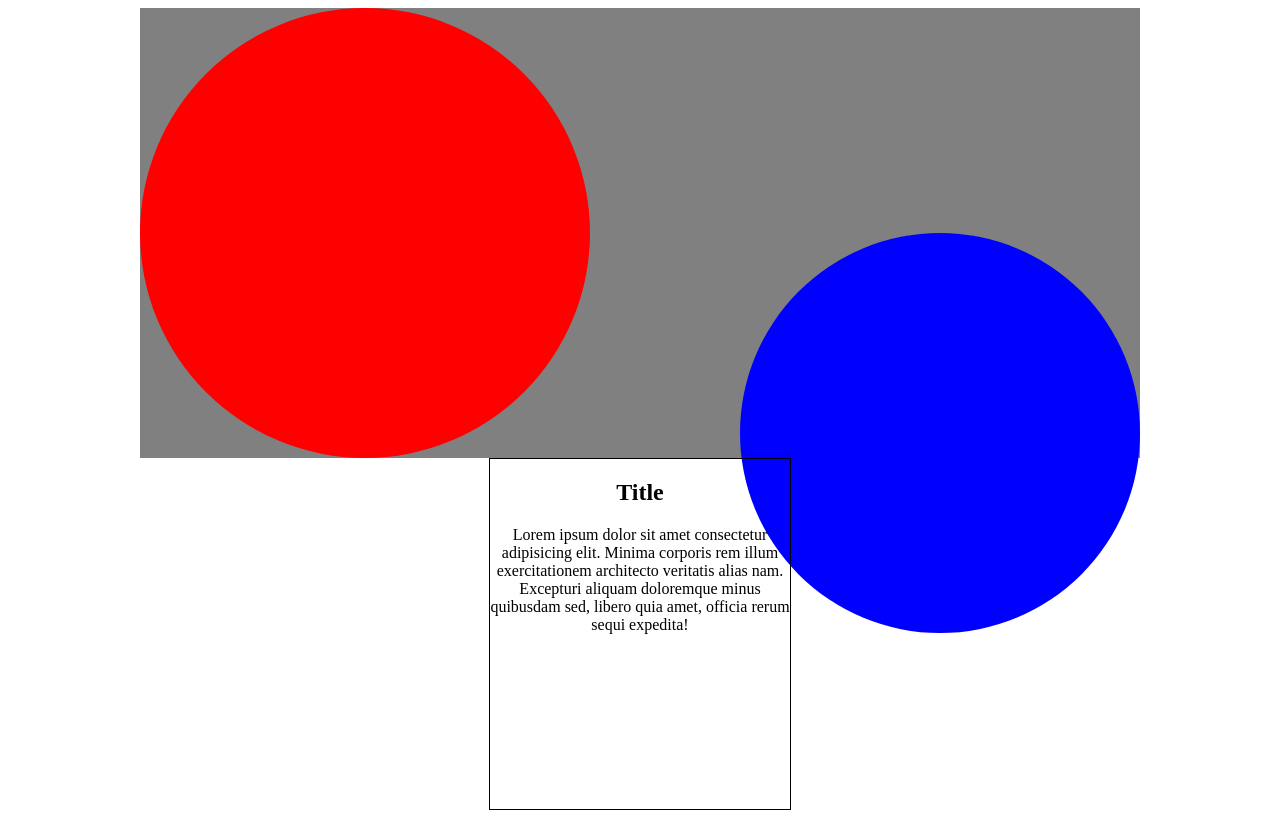
Repository: dovanluyen1996/Test-Git-PR
Page: index.html
The author's editor kept a copy of each file at every save. The page is drawn from the files as they stood at one save, then again after the next save.
The browser window is 1280 px wide. The pictures show the whole page.

Above is the page before, as saved 2021-09-06 23:24:02.

### index.html
<!DOCTYPE html>
<html lang="en">
  <head>
    <meta charset="UTF-8" />
    <meta http-equiv="X-UA-Compatible" content="IE=edge" />
    <meta name="viewport" content="width=device-width, initial-scale=1.0" />
    <title>TestVsCode</title>
    <link rel="stylesheet" href="css/style.css" />
  </head>

  <body>
    <div class="container">
      <div class="test1"></div>
      <div class="test2"></div>
    </div>
    <div class="center">
      <div class="item-center">
        <h2>Title</h2>
        <p class="text">
          Lorem ipsum dolor sit amet consectetur adipisicing elit. Minima
          corporis rem illum exercitationem architecto veritatis alias nam.
          Excepturi aliquam doloremque minus quibusdam sed, libero quia amet,
          officia rerum sequi expedita!
        </p>
      </div>
    </div>
  </body>
</html>

### css/style.css
body {
}
.container {
  width: 1000px;
  margin: 0 auto;
  position: relative;
  background-color: grey;
}
.test1 {
  width: 450px;
  height: 450px;
  background-color: red;
  border-radius: 50%;
}
.test2 {
  width: 400px;
  height: 400px;
  background-color: blue;
  border-radius: 50%;
  position: absolute;
  right: 0;
  top: 50%;
}
.item-center {
  width: 300px;
  height: 350px;
  border: 1px solid black;
  text-align: center;
  margin: 0 auto;
  position: relative;
}

After the next save:
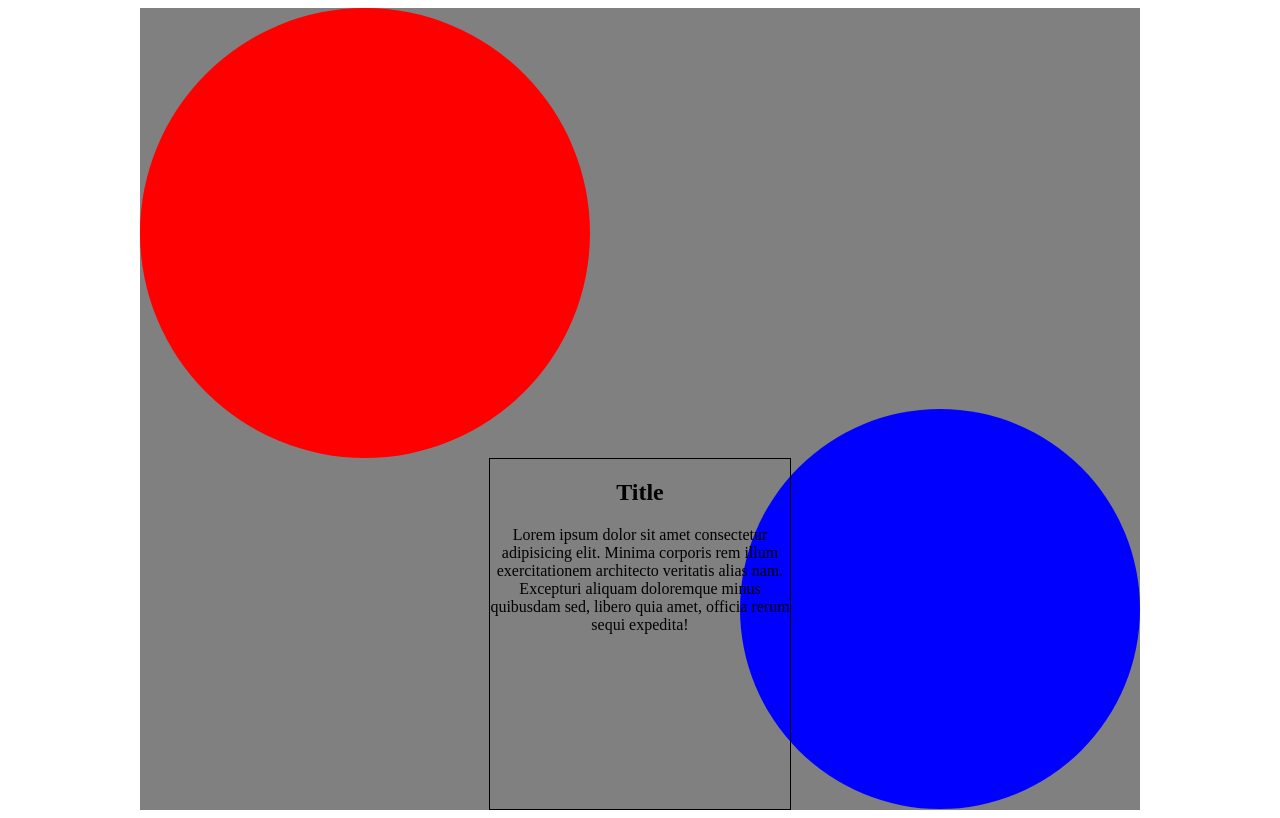
Saved 18 s later.
--- a/index.html
+++ b/index.html
@@ -12,16 +12,17 @@
     <div class="container">
       <div class="test1"></div>
       <div class="test2"></div>
-    </div>
-    <div class="center">
-      <div class="item-center">
-        <h2>Title</h2>
-        <p class="text">
-          Lorem ipsum dolor sit amet consectetur adipisicing elit. Minima
-          corporis rem illum exercitationem architecto veritatis alias nam.
-          Excepturi aliquam doloremque minus quibusdam sed, libero quia amet,
-          officia rerum sequi expedita!
-        </p>
+
+      <div class="center">
+        <div class="item-center">
+          <h2>Title</h2>
+          <p class="text">
+            Lorem ipsum dolor sit amet consectetur adipisicing elit. Minima
+            corporis rem illum exercitationem architecto veritatis alias nam.
+            Excepturi aliquam doloremque minus quibusdam sed, libero quia amet,
+            officia rerum sequi expedita!
+          </p>
+        </div>
       </div>
     </div>
   </body>
